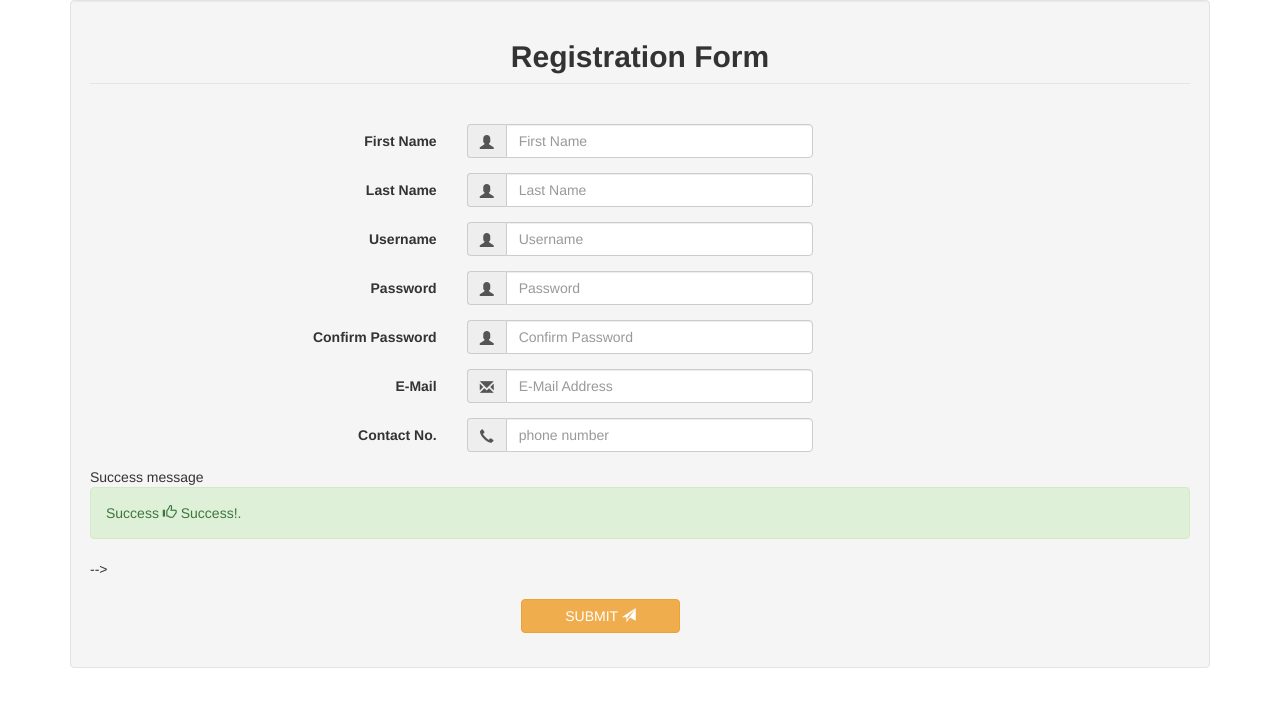
Repository: SumiyaSulaiman/project1
Page: http://localhost/cycle/registration.jsp
The author's editor kept a copy of each file at every save. The page is drawn from the files as they stood at one save, then again after the next save.
The browser window is 1280 px wide. The pictures show the whole page.
Some web libraries are served in a nearby version. The page is served by Tomcat 9. Nobody is signed in. The application's start-up code is not run.

Above is the page before, as saved 2017-12-20 08:40:10.

After the next save:
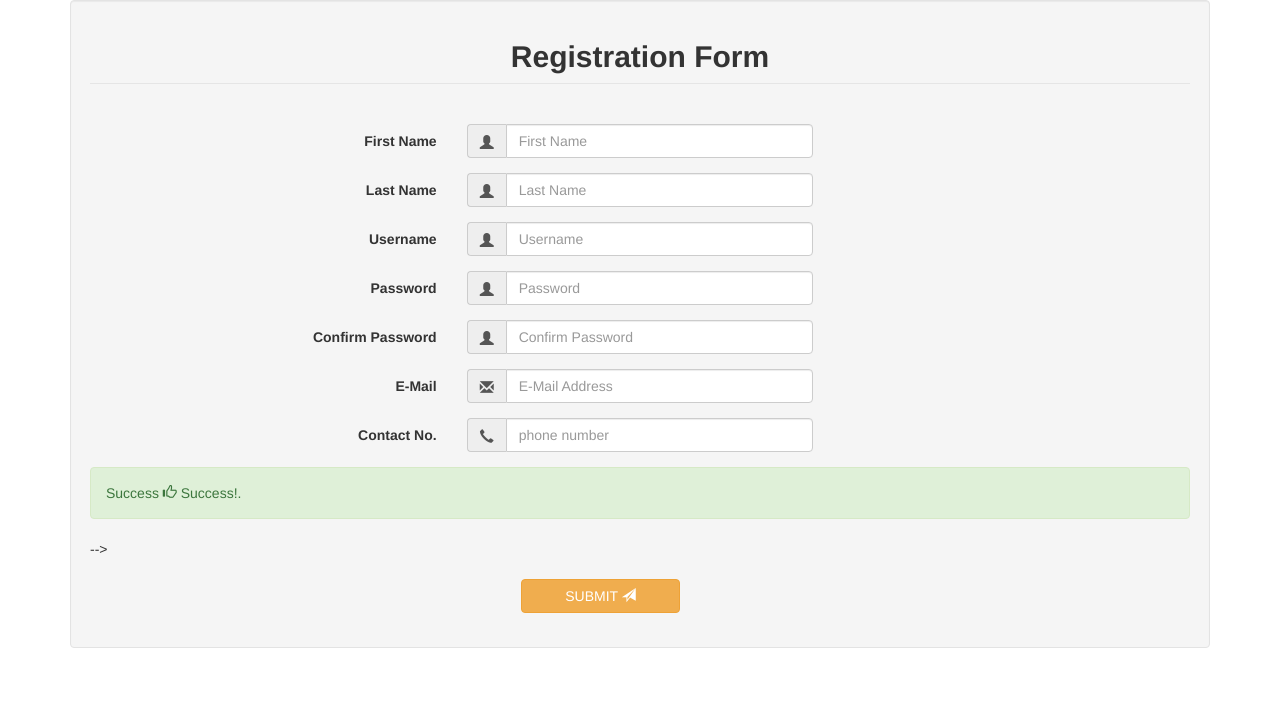
Saved 63 s later.
--- a/project/cycle/src/main/webapp/registration.jsp
+++ b/project/cycle/src/main/webapp/registration.jsp
@@ -104,9 +104,9 @@
   </div>
 </div>
 
-<!-- <!-- Select Basic -->
+<!-- Select Basic -->
 
-Success message
+<!-- <!-- Success message -->
 <div class="alert alert-success" role="alert" id="success_message">Success <i class="glyphicon glyphicon-thumbs-up"></i> Success!.</div>
  -->
 <!-- Button -->
